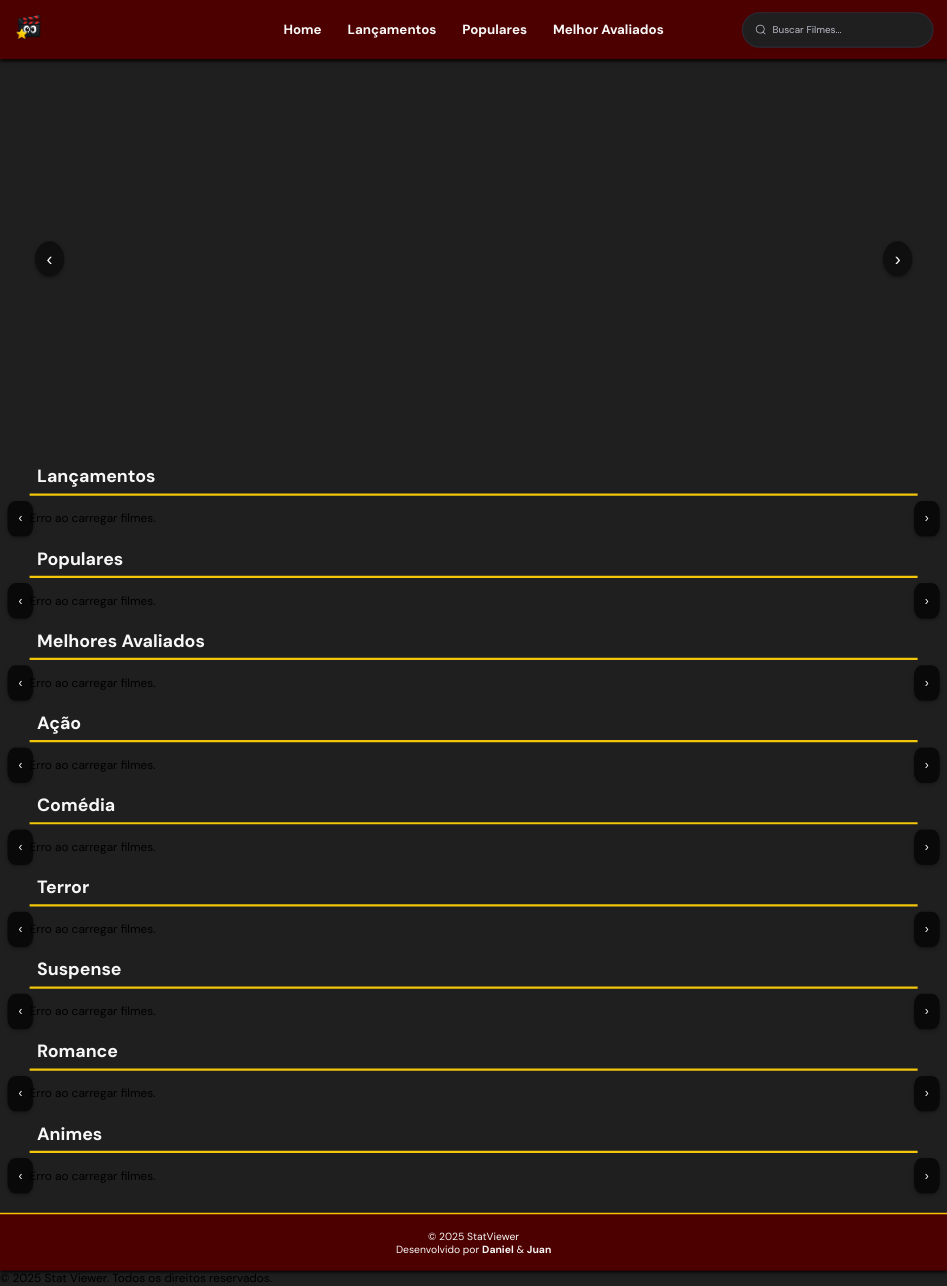
Repository: juanpablitozito/stat-viewer
Page: index.html
An editor plug-in stored every save of this project. The page is shown before and after the next save, followed by the edit.
The browser window is 1280 px wide. The pictures show the whole page, at 74% of full size.
The page's requests for data from a server got no answer.

Above is the page before, as saved 2025-10-02 08:36:45.

### index.html
<!DOCTYPE html>
<html lang="pt-br">
<head>
    <meta charset="UTF-8">
    <meta name="viewport" content="width=device-width, initial-scale=1.0">
    <link rel="shortcut icon" href="/assets/img/logo_stat.ico" type="image/x-icon">
    <title>Stat Viewer</title>
    <link rel="stylesheet" href="src/styles/style.css">
    <link rel="preconnect" href="https://fonts.googleapis.com">
    <link rel="preconnect" href="https://fonts.gstatic.com" crossorigin>
    <link href="https://fonts.googleapis.com/css2?family=DM+Sans:ital,opsz,wght@0,9..40,100..1000;1,9..40,100..1000&display=swap" rel="stylesheet">
    <script src="https://cdn.jsdelivr.net/npm/sweetalert2@11"></script>
</head>
<body>

    <header>
        <section class="nav-bar">

            <nav id="home">

                <a href="/src/pages/login.html"><img src="assets/img/logo_stat.ico" alt="logo" ></a>

                <ul>

                    <li><a href="#home">Home</a></li>
                    <li><a href="#lançamentos">Lançamentos</a></li>
                    <li><a href="#populares">Populares</a></li>
                    <li><a href="#melhoravaliados">Melhor Avaliados</a></li>
                </ul>

                <div class="search-container">
                  <div class="group">
                    <svg viewBox="0 0 24 24" aria-hidden="true" class="search-icon">
                      <g>
                        <path
                          d="M21.53 20.47l-3.66-3.66C19.195 15.24 20 13.214 20 11c0-4.97-4.03-9-9-9s-9 4.03-9 9 4.03 9 9 9c2.215 0 4.24-.804 5.808-2.13l3.66 3.66c.147.146.34.22.53.22s.385-.073.53-.22c.295-.293.295-.767.002-1.06zM3.5 11c0-4.135 3.365-7.5 7.5-7.5s7.5 3.365 7.5 7.5-3.365 7.5-7.5 7.5-7.5-3.365-7.5-7.5z"
                        ></path>
                      </g>
                    </svg>
                    <input
                      id="query"
                      class="input"
                      type="search"
                      placeholder="Buscar Filmes..."
                      name="searchbar"

                    />
                  </div>
                </div>

                <!-- Overlay para resultados da busca -->
                <div id="searchResultsOverlay" class="search-overlay hidden">
                  <div id="searchResults" class="search-results"></div>
                </div>
            </nav>

        </section>

    </header>
    <main>

      <section >
        <div class="carrossel">
          <div class="slides" id="slides">

          </div>

          <button class="btn anterior" onclick="voltarSlide()">‹</button>
          <button class="btn proximo" onclick="avancarSlide()">›</button>
        </div>
      </section>

      <section id="lançamentos">
        <h2>Lançamentos</h2>
        <div class="movie-section">
          <button class="prev-launches">‹</button>
          <div id="launches" class="movie-row"></div>
          <button class="next-launches">›</button>
        </div>
      </section>

      <section id="populares">
        <h2>Populares</h2>
        <div class="movie-section">
          <button class="prev-popular">‹</button>
          <div id="popular" class="movie-row"></div>
          <button class="next-popular">›</button>
        </div>
      </section>

      <section id="melhoravaliados">
        <h2>Melhores Avaliados</h2>
        <div class="movie-section">
          <button class="prev-topRated">‹</button>
          <div id="topRated" class="movie-row"></div>
          <button class="next-topRated">›</button>
        </div>
      </section>

      <section>
        <h2>Ação</h2>
        <div class="movie-section">
          <button class="prev-acao">‹</button>
          <div id="acao" class="movie-row"></div>
          <button class="next-acao">›</button>
        </div>
      </section>

      <section>
        <h2>Comédia</h2>
        <div class="movie-section">
          <button class="prev-comedia">‹</button>
          <div id="comedia" class="movie-row"></div>
          <button class="next-comedia">›</button>
        </div>
      </section>

      <section>
        <h2>Terror</h2>
        <div class="movie-section">
          <button class="prev-terror">‹</button>
          <div id="terror" class="movie-row"></div>
          <button class="next-terror">›</button>
        </div>
      </section>

      <section>
        <h2>Suspense</h2>
        <div class="movie-section">
          <button class="prev-suspense">‹</button>
          <div id="suspense" class="movie-row"></div>
          <button class="next-suspense">›</button>
        </div>
      </section>

      <section>
        <h2>Romance</h2>
        <div class="movie-section">
          <button class="prev-romance">‹</button>
          <div id="romance" class="movie-row"></div>
          <button class="next-romance">›</button>
        </div>
      </section>

      <section>
        <h2>Animes</h2>
        <div class="movie-section">
          <button class="prev-anime">‹</button>
          <div id="anime" class="movie-row"></div>
          <button class="next-anime">›</button>
        </div>
      </section>



    </main>


      <!-- Caixa de avaliaçao -->
      <div id="movieModal" class="modal hidden">
        <div class="modal-container">
        <div class="modal-image" id="modalBgImage"></div>
        <div class="modal-content">
          <span id="closeModal" class="close-button">&times;</span>

          <div class="modal-header">
            <h2 id="modalTitle"></h2>
            <p id="modalRating"></p>
            <p id="modalRelease"></p>
          </div>

          <hr>

          <div class="sinopse">

            <h5> Sinopse:</h5>

            <p id="modalOverview"></p>

          </div>

            <hr>


          <div id="modalTrailer">
            <!-- O trailer será inserido aqui via JavaScript -->
          </div>
        </div>
      </div>
    </div>

    <footer>
  <p>© 2025 StatViewer</p>
  <p>Desenvolvido por <strong>Daniel</strong> & <strong>Juan</strong></p>
  <div class="social-links">
    <a href="https://github.com/dan2135" target="_blank" title="GitHub Daniel"><i class="fab fa-github"></i></a>
    <a href="https://github.com/usuario-do-juan" target="_blank" title="GitHub Juan"><i class="fab fa-github"></i></a>
  </div>
</footer>

      <p>© 2025 Stat Viewer. Todos os direitos reservados.</p>
    </footer>

    <script src="src/js/script.js"></script>
</body>
</html>

### src/styles/style.css
/* ===== VARIÁVEIS GLOBAIS ===== */
:root {
  --cor-primaria: #1f1f1f;
  --accent-color: #a8a8a8;
  --highlight-color: #f7f7f7;
  --button-color: rgba(255, 208, 11, 0.945);
  --button-hover-color: rgba(250, 203, 14, 0.637);;
  --segunda-cor: rgb(77, 0, 0);
  --text-color: #f7f7f7;
  --sombra: rgba(0, 0, 0, 1) 0px 2px 5px;
  --transition: all 0.3s ease;
}

/* ===== RESET E CONFIGURAÇÕES GERAIS ===== */
* {
  box-sizing: border-box;
  scroll-behavior: smooth;
  margin: 0;
  padding: 0;
}

body {
  background-color: var(--cor-primaria);
  font-family: DM Sans, sans-serif;
}

/* ===== NAVEGAÇÃO ===== */
nav {
  position: fixed;
  z-index: 10001;
  width: 100%;
  top: 0;
  height: 80px;
  background-color: var(--segunda-cor);
  display: flex;
  justify-content: space-between;
  align-items: center;
  padding: 5px 20px;
  box-shadow: var(--sombra);
}

/* Lista de navegação */
ul {
  display: flex;
  flex-direction: row;
  position: absolute;
  left: 50%;
  transform: translateX(-50%);
  list-style: none;
  gap: 35px;
}

a {
  color: var(--text-color);
  text-decoration: none;
  font-size: 18px;
  font-weight: bold;
}

a:hover {
  color: var(--accent-color);
  transition: var(--transition);
}

nav img {
  width: 3vw;
}

/* ===== BARRA DE PESQUISA ===== */
.group {
  display: flex;
  line-height: 28px;
  align-items: center;
  position: relative;
}

.input {
  font-family: "DM Sans", sans-serif;
  width: 20vw;
  height: 45px;
  padding-left: 2.5rem;
  box-shadow: 0 0 0 1.5px #2b2c37, 0 0 25px -17px #000;
  border: 0;
  border-radius: 30px;
  background-color: var(--cor-primaria);
  outline: none;
  color: #bdbecb;
  transition: var(--transition);
  cursor: text;
  z-index: 0;
}

.input::placeholder {
  color: #bdbecb;
}

.input:hover {
  box-shadow: 0 0 0 2.5px #2f303d, 0px 0px 25px -15px #000;
}

.input:active {
  transform: scale(0.95);
}

.input:focus {
  box-shadow: 0 0 0 2.5px #2f303d;
}

.search-icon {
  position: absolute;
  left: 1rem;
  fill: #bdbecb;
  width: 1rem;
  height: 1rem;
  pointer-events: none;
  z-index: 1;
}

/* ===== CARROSSEL PRINCIPAL ===== */
.carrossel {
  position: relative;
  width: 95vw;
  height: auto;
  margin: 100px auto 10px;
  overflow: hidden;
  border-radius: 10px;
  box-shadow: 0 4px 10px var(--sombra);
}
 .carrossel::before {
            content: '';
            position: absolute;
            bottom: 0;
            left: 0;
            width: 100%;
            height: 100%;
            background: linear-gradient(
                to top,
                 #1f1f1f 0%,
                transparent 50%,
                transparent 100%
            );
            z-index: 1;
        }

        /* .carrossel::after {
            content: '';
            position: absolute;
            top: 0;
            left: 0;
            width: 10%;
            height: 100%;
            background: linear-gradient(
                to right,
                 #1f1f1f 0%,
                transparent 50%,
                transparent 10%
            );

            z-index: 1;
        } */

.slides {
  display: flex;
  transition: transform 1.5s ease-in-out;
  height: 100%;
}

.slides img {
  width: 100%;
  height: 100%;
  flex-shrink: 0;
}

/* Botões do carrossel */
.btn {
  position: absolute;
  top: 50%;
  transform: translateY(-50%);
  background: rgba(0, 0, 0, 0.5);
  color: white;
  border: none;
  padding: 10px 16px;
  font-size: 24px;
  cursor: pointer;
  border-radius: 50%;
}

.btn.anterior {
  left: 15px;
}

.btn.proximo {
  right: 15px;
}

.btn:hover {
  background: rgba(0, 0, 0, 0.7);
}

/* ===== SEÇÕES DE CATÁLOGO ===== */
h1 {
  text-align: center;
  padding: 10px 20px;
  margin: 10px;
  color: var(--text-color);
}

h2 {
  padding: 8px 10px;
  margin: 20px 40px;
  color: var(--text-color);
  border-bottom: 3px solid var(--button-color);
}

/* Container das seções de filmes */
.movie-section {
  display: flex;
  align-items: center;
  position: relative;
}

.movie-row {
  display: flex;
  overflow-x: hidden;
  scroll-behavior: smooth;
  position: relative;
  margin: 0 40px;
}

/* ===== CARDS DE FILMES ===== */
.card-movie {
  width: 200px;
  height: 350px;
  border-radius: 8px;
  overflow: hidden;
  text-align: center;
  padding: 10px;
  flex: 0 0 auto;
  display: flex;
  flex-direction: column;
  justify-content: space-between;
}

.card-movie img {
  width: 100%;
  height: 300px;
  border-radius: 8px;
  object-fit: cover;
  object-position: center;
  cursor: pointer;
  box-shadow: var(--sombra);
}

.card-movie img:hover {
  transform: scale(1.10);
  transition: var(--transition);
  box-shadow: 0 4px 20px var(--sombra);
}

.card-movie h3 {
  display: none;
}

/* ===== BOTÕES DE NAVEGAÇÃO DAS SEÇÕES ===== */
section button {
  background-color: rgba(0, 0, 0, 0.5);
  color: white;
  border: none;
  padding: 10px 20px;
  font-size: 16px;
  cursor: pointer;
  transition: background-color 0.3s ease;
  position: absolute;
  top: 50%;
  transform: translateY(-50%);
  z-index: 10;
  background-color: rgba(0, 0, 0, 0.7);
  padding: 15px;
  border-radius: 30%;
  box-shadow: 0 2px 5px rgba(0, 0, 0, 0.3);
}

section button:hover {
  background-color: rgba(0, 0, 0, 0.9);
}

/* Containers das seções */
#launches, #popular, #topRated, #acao, #comedia, #terror, #suspense, #romance, #anime {
  position: relative;
}

/* Botões anteriores */
.prev-launches, .prev-popular, .prev-topRated, .prev-acao, .prev-comedia, .prev-terror, .prev-suspense, .prev-romance, .prev-anime {
  left: 10px;
}

/* Botões próximos */
.next-launches, .next-popular, .next-topRated, .next-acao, .next-comedia, .next-terror, .next-suspense, .next-romance, .next-anime {
  right: 10px;
}

/* ===== MODAL DE DETALHES ===== */
.modal {
  position: fixed;
  inset: 0;
  background-color: rgba(0, 0, 0, 0.85);
  display: flex;
  align-items: center;
  justify-content: center;
  z-index: 9999;
}

.modal-container::-webkit-scrollbar {
  display: none;
}

.modal-container {
  display: flex;
  flex-direction: column;
  width: 50%;
  max-width: 900px;
  height: 750px;
  background-color: var(--cor-primaria);
  border-radius: 8px;
  /* overflow: hidden; */
  overflow-y: scroll;
  color: white;

}
 .modal-image::after {
            content: '';
            position: absolute;
            bottom: 0;
            left: 0;
            width: 100%;
            height: 100%;
            background: linear-gradient(
                to top,
                 #1f1f1f 0%,
                transparent 50%,
                transparent 100%
            );
            z-index: 1;
        }

.modal-image {
  flex: 0 0 60%;
  background-size: cover;
  background-repeat: no-repeat;
  background-position: center;
  position: relative;

}

.modal-content {
  background-color: var(--cor-primaria);
  padding: 40px;
  border-radius: 10px;
  max-width: 800px;
  max-height: 800px;
  height: 100%;
  width: 100%;
  color: var(--text-color);
  position: relative;
  margin: 20px auto 40px;
}

/* Elementos do modal */
#modalTitle {
  padding: 0;
  margin: 0;
  border: none;
}

#modalRating {
  position: absolute;
  top: 35px;
  right: 100px;
}

.btn-trailer {
  padding: 10px 20px;
  background-color: var(--button-color);
  /* border: 1px solid white; */
  border-radius: 1px;
  font-weight: bold;
  font-size: 14px;
  box-shadow: var(--sombra);
  border-radius:5px ;
  transition: var(--transition);
}

.btn-trailer:hover {
  background-color: var(--button-hover-color);
  box-shadow: 0 4px 15px var(--sombra) ;

  cursor: pointer;
  transform: translateY(-3px);
}

h5 {
  font-size: 18px;
  margin: 0;
  padding: 0;
}

.sinopse {
  margin: 20px 0;
}

#modalOverview {
  font-family: 'Montserrat', sans-serif;
  color: var(--accent-color);
  width: 100%;
  margin: 0;
}

.close-button {
  position: absolute;
  top: 10px;
  right: 15px;
  font-size: 22px;
  cursor: pointer;
  color: var(--button-color);
}

hr {
  margin: 20px 0;
}

/* ===== SISTEMA DE BUSCA ===== */
.search-overlay {
  position: fixed;
  top: 70px;
  left: 0;
  right: 0;
  bottom: 0;
  background-color: rgba(0, 0, 0, 0.95);
  z-index: 999;
  overflow-y: auto;
  padding: 20px;
}

.search-results {
  display: flex;
  flex-wrap: wrap;
  gap: 20px;
}

/* ===== COMPONENTES DE ALERTA ===== */
.meu-popup {
  background: var(--cor-primaria);
  border-radius: 20px;
  box-shadow: 10px 10px 100px rgba(255, 0, 0, 0.274);
}

.meu-titulo {
  font-family: 'Poppins', sans-serif;
  color: var(--text-color);
  border: none;
}

.meu-botao {
  background-color: var(--segunda-cor);
  color: var(--text-color);
  transition: var(--transition);
  border-radius: 10px;
  padding: 8px 20px;
  border: none;
}

.meu-botao:hover {
  background-color: #4d000080;
  color: var(--text-color);
  transform: translate(1.05);
}

/* ==== Rodapé ==== */
footer {
  background-color: var(--segunda-cor);
  color: var(--text-color);
  text-align: center;
  padding: 20px;
  margin-top: 40px;
  box-shadow: var(--sombra);
  font-size: 14px;
  z-index: 10000;
  position: relative;
  width: 100%;
  bottom: 0;
  border-top: var(--button-color) 2px solid;
}
/* ===== CLASSES UTILITÁRIAS ===== */
.hidden {
  display: none;
}

/* ===== RESPONSIVIDADE ===== */

/* Dispositivos móveis (até 767px) */
@media (max-width: 767px) {
  /* Navegação */
  nav {
    flex-direction: column;
    padding: 10px;
    height: auto;
  }

  nav img {
    width: 40px;
    margin-bottom: 10px;
  }

  ul {
    position: static;
    transform: none;
    flex-wrap: wrap;
    justify-content: center;
    gap: 15px;
    margin-top: 10px;
    margin-bottom: 10px;
  }

  .search-container {
    width: 100%;
    margin-top: 10px;
  }

  .input {
    width: 100%;
  }

  /* Carrossel */
  .carrossel {
    height: 200px;
    margin: 70px auto 20px;
  }

  /* Seções de filmes */
  h2 {
    padding: 10px 20px;
    font-size: 1.2rem;
  }

  .movie-section {
    margin: 0;
  }

  .movie-row {
    margin: 0 15px;
    scroll-padding: 0 15px;
  }

  .card-movie {
    width: 150px;
    height: 250px;
  }

  .card-movie img {
    height: 200px;
  }

  section button {
    padding: 8px;
    font-size: 12px;
  }

  /* Modal */
  .modal-container {
    flex-direction: column;
    height: auto;
    max-height: 90vh;
    overflow-y: auto;
  }

  .modal-image {
    flex: 0 0 200px;
    min-height: 200px;
  }

  .modal-content {
    padding: 15px;
  }

  /* Busca */
  .search-overlay {
    top: 150px;
  }

  .search-results {
    justify-content: center;
  }
}

/* Tablets (768px a 1023px) */
@media (min-width: 768px) and (max-width: 1023px) {
  /* Navegação */
  nav {
    padding: 10px 15px;
  }

  nav img {
    width: 30px;
  }

  ul {
    gap: 20px;
  }

  .input {
    width: 25vw;
  }

  /* Carrossel */
  .carrossel {
    height: 400px;
    margin: 80px auto 30px;
  }

  /* Seções de filmes */
  h2 {
    padding: 15px 30px;
  }

  .movie-row {
    margin: 0 30px;
  }

  .card-movie {
    width: 180px;
    height: 300px;
  }

  .card-movie img {
    height: 250px;
  }

  /* Modal */
  .modal-container {
    height: 70vh;
  }

  .modal-image {
    flex: 0 0 30%;
  }
}

/* Notebooks e Desktops (1024px a 1439px) */
@media (min-width: 1024px) and (max-width: 1439px) {
  /* Carrossel */
  .carrossel {
    height: 500px;
  }

  /* Cards de filmes */
  .card-movie {
    width: 190px;
    height: 320px;
  }

  .card-movie img {
    height: 270px;
  }
}

Loaded but not shown: src/js/script.js (604 lines, source omitted)

After the next save:
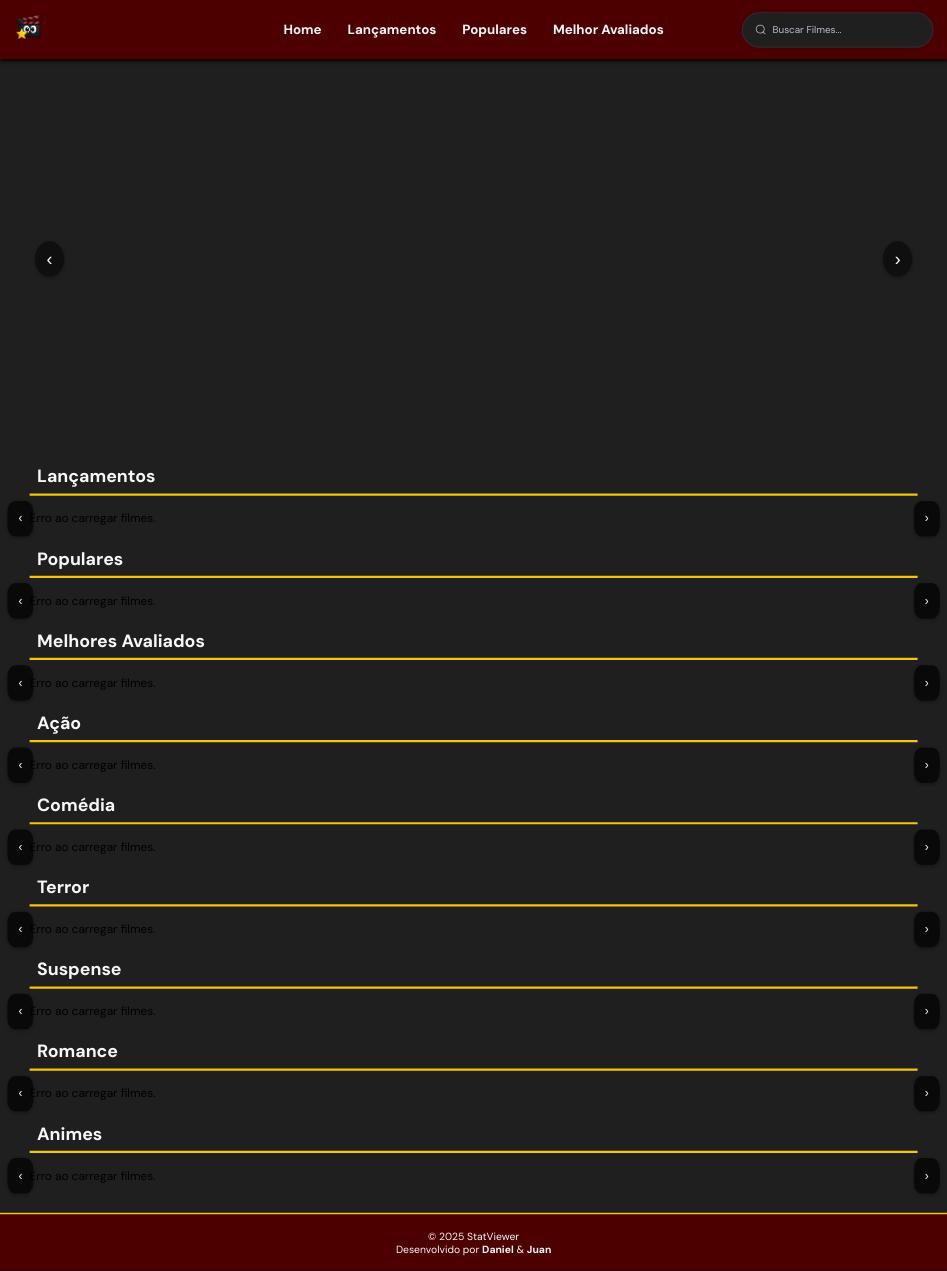
Saved 15 s later.
--- a/index.html
+++ b/index.html
@@ -198,8 +198,7 @@
   </div>
 </footer>
 
-      <p>© 2025 Stat Viewer. Todos os direitos reservados.</p>
-    </footer>
+
 
     <script src="src/js/script.js"></script>
 </body>
